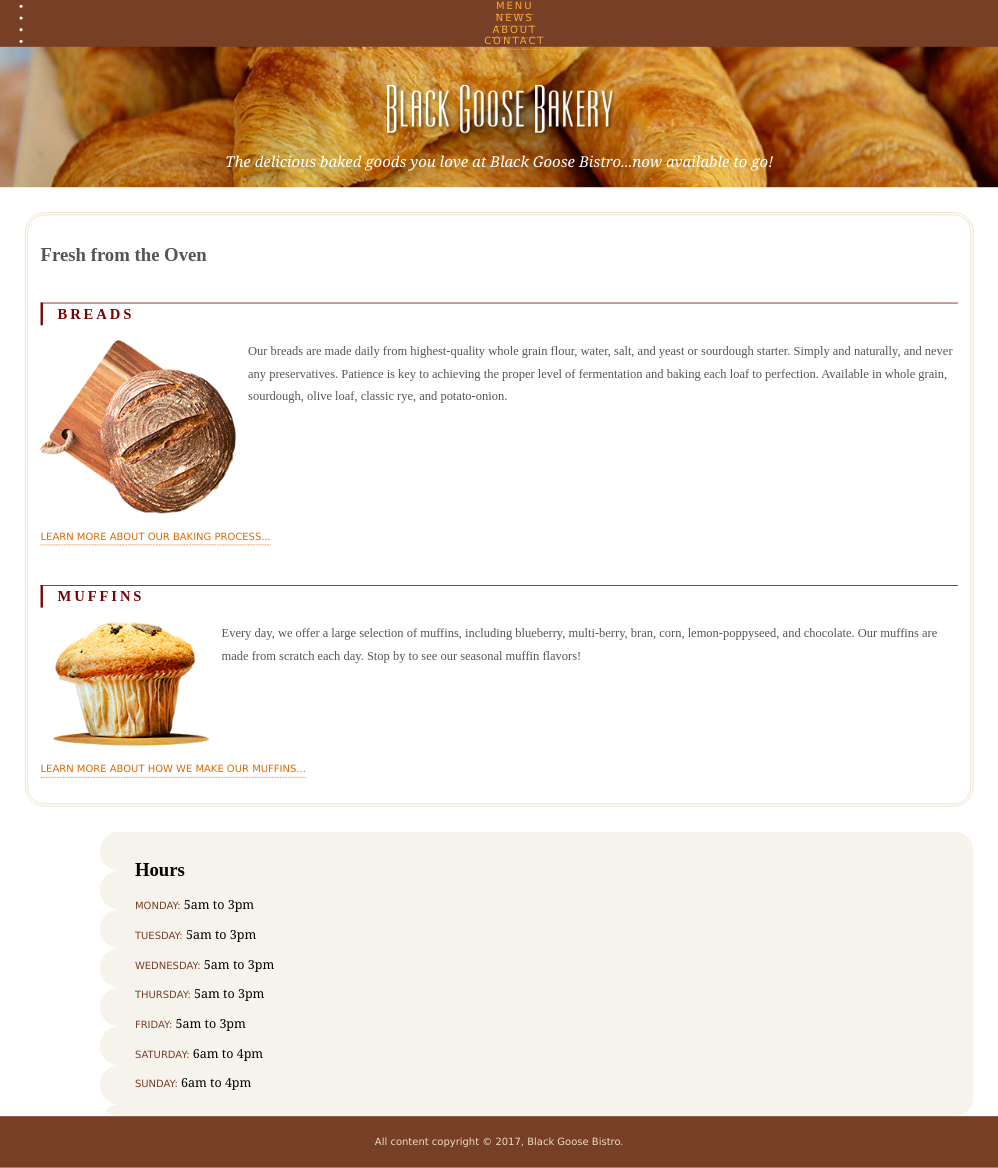
Repository: Colo-Codes/code-practice
Page: 02-css-practice-5.html
These files come from the project's save history. The page is drawn as it stood at one moment and after the next save; the edit follows.
The browser window is 1280 px wide. The pictures show the whole page, at 78% of full size.
Some web fonts or font styles are not loaded; a fallback is used.

Above is the page before, as saved 2021-05-12 09:19:09.

### 02-css-practice-5.html
<!doctype html>
<html>

<head>
  <meta charset="UTF-8">
  <title>Black Goose Bakery</title>
  <meta name="viewport" content="width=device-width, initial-scale=1">
  <link href="https://fonts.googleapis.com/css?family=Stint+Ultra+Expanded" rel="stylesheet">
  <style>
    @import url(./css/bakery-styles.css);
  </style>
</head>

<body>

  <header>
    <nav>
      <ul>
        <li><a href="">Menu</a></li>
        <li><a href="">News</a></li>
        <li><a href="">About</a></li>
        <li><a href="">Contact</a></li>
      </ul>
    </nav>
    <h1><img src="./assets/img/bgb_logo.png" alt="Black Goose Bakery"></h1>
    <p>The delicious baked goods you love at Black Goose Bistro...now available to go!</p>
  </header>

  <main>
    <h2>Fresh from the Oven</h2>
    <h3>Breads</h3>
    <p><img src="./assets/img/bread.png" alt="round loaf of bread on cutting board"> Our breads are made daily from
      highest-quality whole grain flour, water, salt, and yeast or sourdough starter. Simply and naturally, and never
      any preservatives. Patience is key to achieving the proper level of fermentation and baking each loaf to
      perfection. Available in whole grain, sourdough, olive loaf, classic rye, and potato-onion.</p>
    <p class="more"><a href="">Learn more about our baking process...</a></p>

    <h3>Muffins</h3>
    <p><img src="./assets/img/muffin.png" alt="one chocolate chip muffin"> Every day, we offer a large selection of
      muffins, including blueberry, multi-berry, bran, corn, lemon-poppyseed, and chocolate. Our muffins are made from
      scratch each day. Stop by to see our seasonal muffin flavors!</p>
    <p class="more"><a href="">Learn more about how we make our muffins...</a></p>
  </main>

  <aside>
    <h2>Hours</h2>
    <p><span class="day">Monday:</span> 5am to 3pm</p>
    <p><span class="day">Tuesday:</span> 5am to 3pm</p>
    <p><span class="day">Wednesday:</span> 5am to 3pm</p>
    <p><span class="day">Thursday:</span> 5am to 3pm</p>
    <p><span class="day">Friday:</span> 5am to 3pm</p>
    <p><span class="day">Saturday:</span> 6am to 4pm</p>
    <p><span class="day">Sunday:</span> 6am to 4pm</p>
  </aside>

  <footer>
    <p>All content copyright &copy; 2017, Black Goose Bistro.</p>
  </footer>

</body>

</html>

### css/bakery-styles.css
@charset "UTF-8";
html {
  box-sizing: border-box;
}
*, *:before, *:after {
  box-sizing: inherit;
  /* Enable to debug */
  /* outline: #f66 dashed 1px; */
}
body {
  font-family: Georgia, serif;
  font-size: 100%;
  background-color: white;
  margin: 0; /* Reset margins */
}

/* link styles */
a:link, a:visited {
  color: #DC6903;
  text-decoration: none;
  border-bottom: 1px dotted;
  padding-bottom: .2em;
}
a:focus, a:hover, a:active { color: #F9AB33; }


/* header styles */
header {
  color: white;
  background:  url(../assets/img/croissants_banner.jpg) no-repeat center center;
  background-size: cover;
  text-align: center;
  height: 15em;
}
header p {
  font-style: italic;
  font-size: 1.2em;
  margin-top: -12px;
}
header h1 {
  margin-top: 1.5em;
}

/* nav styles */
nav, footer {
  font-family: verdana, sans-serif;
  background-color: #783F27;
}
nav ul li a:link, nav ul li a:visited {
  color: #F9AB33;
}
nav ul li a:focus, nav ul li a:hover, nav ul li a:active {
  color: #fff;
}
nav ul li {
  font-size: .8em;
  text-transform: uppercase;
  letter-spacing: .2em;
}
nav ul {
  margin: 0; /* Reset margins */
}

/* main "products" styles */
main {
  font-family: 'Stint Ultra Expanded', cursive;
  background-color: white;
  line-height: 1.8em;
  color: #555;
  padding: 1em;
  border: double 4px #eaddc4;
  border-radius: 25px;
  margin: 2.5%;
}
main img {
  float: left;
  margin: 0 1em 1em 0;
}
img[src*="muffin"] {
  margin-left: 1em;
}
h3 {
  text-transform: uppercase;
  letter-spacing: .2em;
  color: #7A0002;
  border-top: 1px solid;
  border-left: 3px solid;
  padding-left: 1em;
  margin-top: 2.5em;
}
p.more {
  font-family: verdana, sans-serif;
  text-transform: uppercase;
  font-size: .8em;
  clear: left;
}

/* aside "hours" styles */
aside {
  background: url(../assets/img/scallop.png) repeat-y left top;
  background-color: #F6F3ED;
  padding: 1em;
  padding-left: 45px;
  border-radius: 25px;
  margin: 1em 2.5% 0 10%;
}
/* misc styles */
footer {
  color: #EADDC4;
  text-align: center;
  font-size: .8em;
  padding: 1em;
}
h2 {
  font-family: 'Stint Ultra Expanded', cursive;
}
.day {
  color: #783F27;
  font-family: verdana, sans-serif;
  font-size: .8em;
  text-transform: uppercase;
}

After the next save:
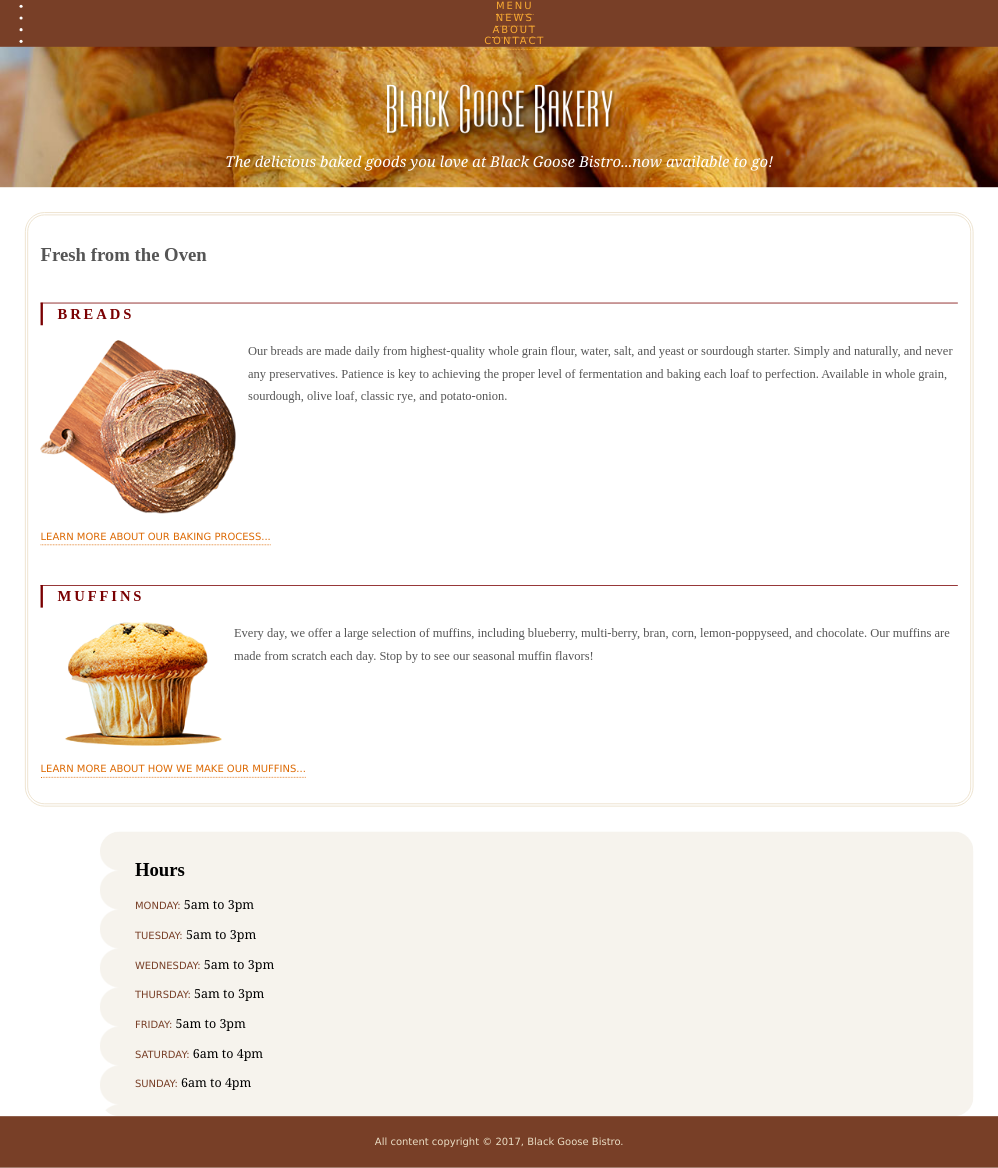
Saved 8 s later.
--- a/css/bakery-styles.css
+++ b/css/bakery-styles.css
@@ -77,7 +77,7 @@ main img {
   margin: 0 1em 1em 0;
 }
 img[src*="muffin"] {
-  margin-left: 1em;
+  margin-left: 2em;
 }
 h3 {
   text-transform: uppercase;
